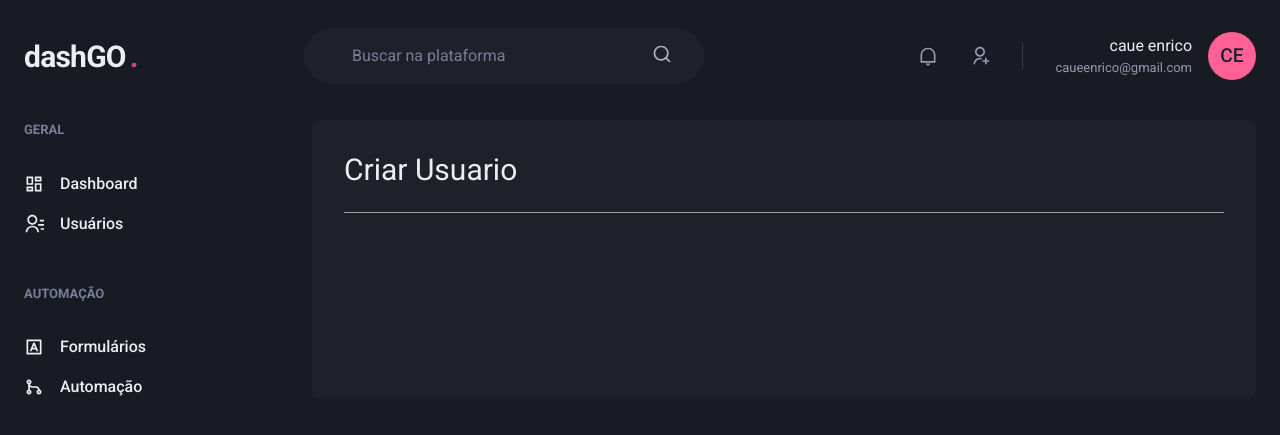
Repository: caueenrico/DashGO
Page: /user/create
An editor plug-in stored every save of this project. The page is shown before and after a run of saves, followed by the edit.
The browser window is 1280 px wide. The pictures show the whole page.
The project was rebuilt for these pictures with package versions that can differ from the ones it lists, and the page was loaded fresh each time. The framework's server and built-in components were replaced by stand-ins that run in the browser. Also part of the build but not shown: next.config.js.

Above is the page before, as saved 2023-03-16 16:24:17.

After the next 4 saves:
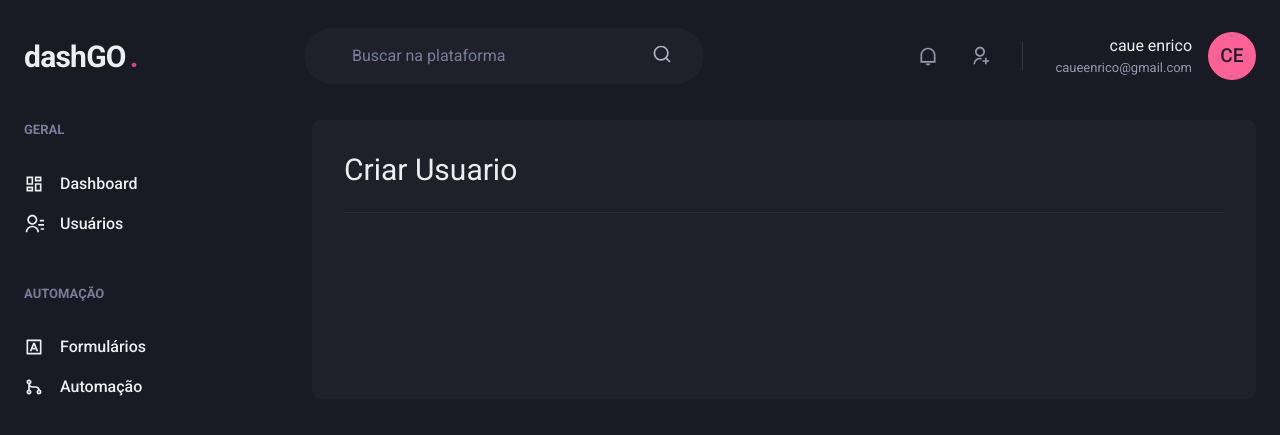
The 4 saves are shown as one change because they came seconds apart.
The last was saved 11 s later.
--- a/src/pages/user/create.tsx
+++ b/src/pages/user/create.tsx
@@ -14,7 +14,9 @@ export default function UserList() {
         <Box flex="1" borderRadius={8} bg="gray.800" p="8">
           <Heading size="lg" fontWeight="normal">Criar Usuario</Heading>
 
-          <Divider my="6" borderColor=""/>
+          <Divider my="6" borderColor="gray.700"/>
+
+
 
 
         </Box>
